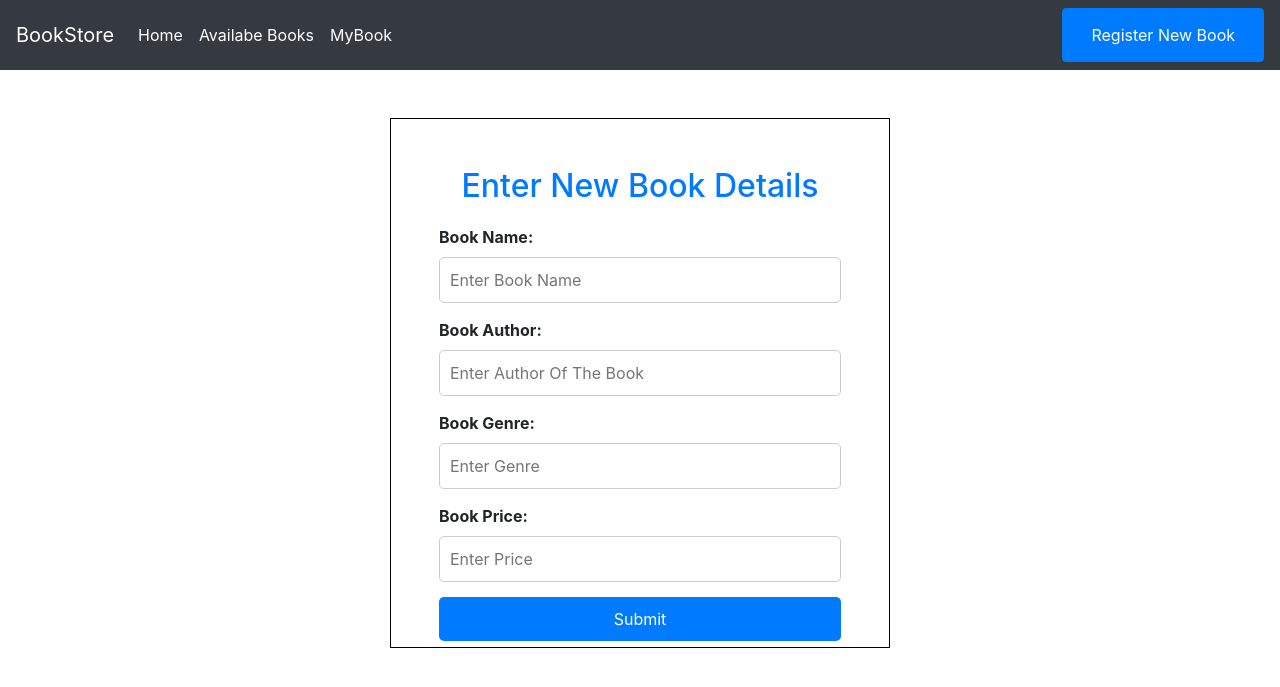
Repository: Sumanta-Sahoo/BookStoreApp
Page: bookstore/src/main/resources/static/bookRegister.html
The author's editor kept a copy of each file at every save. The page is drawn from the files as they stood at one save, then again after the next save.
The browser window is 1280 px wide. The pictures show the whole page.

Above is the page before, as saved 2024-03-15 12:17:29.

### bookstore/src/main/resources/static/bookRegister.html
<!doctype html>
<html lang="en">

<head>
	<!-- Required meta tags -->
	<meta charset="utf-8">
	<meta name="viewport" content="width=device-width, initial-scale=1, shrink-to-fit=no">

	<!-- Bootstrap CSS -->
	<link rel="stylesheet" href="https://cdn.jsdelivr.net/npm/bootstrap@4.4.1/dist/css/bootstrap.min.css"
		integrity="sha384-Vkoo8x4CGsO3+Hhxv8T/Q5PaXtkKtu6ug5TOeNV6gBiFeWPGFN9MuhOf23Q9Ifjh" crossorigin="anonymous">

	<title>BookStore</title>
</head>

<body>
	<nav class="navbar navbar-expand-lg navbar-light bg-dark">
		<a class="navbar-brand text-white" href="#">BookStore</a>
		<button class="navbar-toggler" type="button" data-toggle="collapse" data-target="#navbarSupportedContent"
			aria-controls="navbarSupportedContent" aria-expanded="false" aria-label="Toggle navigation">
			<span class="navbar-toggler-icon"></span>
		</button>

		<div class="collapse navbar-collapse" id="navbarSupportedContent">
			<ul class="navbar-nav mr-auto">
				<li class="nav-item active">
					<a class="nav-link text-white" href="#">Home<span class="sr-only">(current)</span></a>
				</li>
				<li class="nav-item">
					<a class="nav-link text-white" href="availabe_books">Availabe Books</a>
				</li>
				<li class="nav-item">
					<a class="nav-link text-white" href="my_books">MyBook</a>
				</li>
			</ul>
			<div>
				<button type="button" class="btn btn-primary"><a class="nav-link text-white"
						href="bookRegister">Register New Book</a></button>
			</div>

		</div>
	</nav>

	<div class="container my-5 p-5" style="border:1px solid black; width: 500px; height:530px;">

		<h2 class="text-center" style="margin-bottom: 20px; color: #007bff;">Enter New Book Details</h2>

		<form>
			<div style="margin-bottom: 15px;">
				<label for="bookName" style="display: block; font-weight: bold;">Book Name:</label>
				<input type="text" id="bookName" name="bookName" placeholder="Enter Book Name"
					style="width: 100%; padding: 10px; font-size: 16px; border-radius: 5px; border: 1px solid #ccc; box-sizing: border-box;">
			</div>

			<div style="margin-bottom: 15px;">
				<label for="bookAuthor" style="display: block; font-weight: bold;">Book Author:</label>
				<input type="text" id="bookAuthor" name="bookAuthor"  placeholder="Enter Author Of The Book"
					style="width: 100%; padding: 10px; font-size: 16px; border-radius: 5px; border: 1px solid #ccc; box-sizing: border-box;">
			</div>

			<div style="margin-bottom: 15px;">
				<label for="bookGenre" style="display: block; font-weight: bold;">Book Genre:</label>
				<input type="text" id="bookGenre" name="bookGenre"placeholder="Enter Genre"
					style="width: 100%; padding: 10px; font-size: 16px; border-radius: 5px; border: 1px solid #ccc; box-sizing: border-box;">
			</div>

			<div style="margin-bottom: 15px;">
				<label for="bookPrice" style="display: block; font-weight: bold;">Book Price:</label>
				<input type="text" id="bookPrice" name="bookPrice" placeholder="Enter Price"
					style="width: 100%; padding: 10px; font-size: 16px; border-radius: 5px; border: 1px solid #ccc; box-sizing: border-box;">
			</div>

			<button type="submit"
				style="display: block; width: 100%; padding: 10px; font-size: 16px; border: none; border-radius: 5px; background-color: #007bff; color: #fff; cursor: pointer; transition: background-color 0.3s;">
				Submit
			</button>
		</form>
	</div>
	<!--
	<form>
		<div class="form-group">
			<label for="exampleInputEmail1">Email address</label>
			<input type="email" class="form-control" id="exampleInputEmail1" aria-describedby="emailHelp"
				placeholder="Enter email">
			<small id="emailHelp" class="form-text text-muted">We'll never share your email with anyone else.</small>
		</div>
		<div class="form-group">
			<label for="exampleInputPassword1">Password</label>
			<input type="password" class="form-control" id="exampleInputPassword1" placeholder="Password">
		</div>
		<div class="form-check">
			<input type="checkbox" class="form-check-input" id="exampleCheck1">
			<label class="form-check-label" for="exampleCheck1">Check me out</label>
		</div>
		<button type="submit" class="btn btn-primary">Submit</button>
	</form> -->

	<!-- Optional JavaScript -->
	<!-- jQuery first, then Popper.js, then Bootstrap JS -->
	<script src="https://code.jquery.com/jquery-3.4.1.slim.min.js"
		integrity="sha384-J6qa4849blE2+poT4WnyKhv5vZF5SrPo0iEjwBvKU7imGFAV0wwj1yYfoRSJoZ+n"
		crossorigin="anonymous"></script>
	<script src="https://cdn.jsdelivr.net/npm/popper.js@1.16.0/dist/umd/popper.min.js"
		integrity="sha384-Q6E9RHvbIyZFJoft+2mJbHaEWldlvI9IOYy5n3zV9zzTtmI3UksdQRVvoxMfooAo"
		crossorigin="anonymous"></script>
	<script src="https://cdn.jsdelivr.net/npm/bootstrap@4.4.1/dist/js/bootstrap.min.js"
		integrity="sha384-wfSDF2E50Y2D1uUdj0O3uMBJnjuUD4Ih7YwaYd1iqfktj0Uod8GCExl3Og8ifwB6"
		crossorigin="anonymous"></script>
</body>

</html>

After the next save:
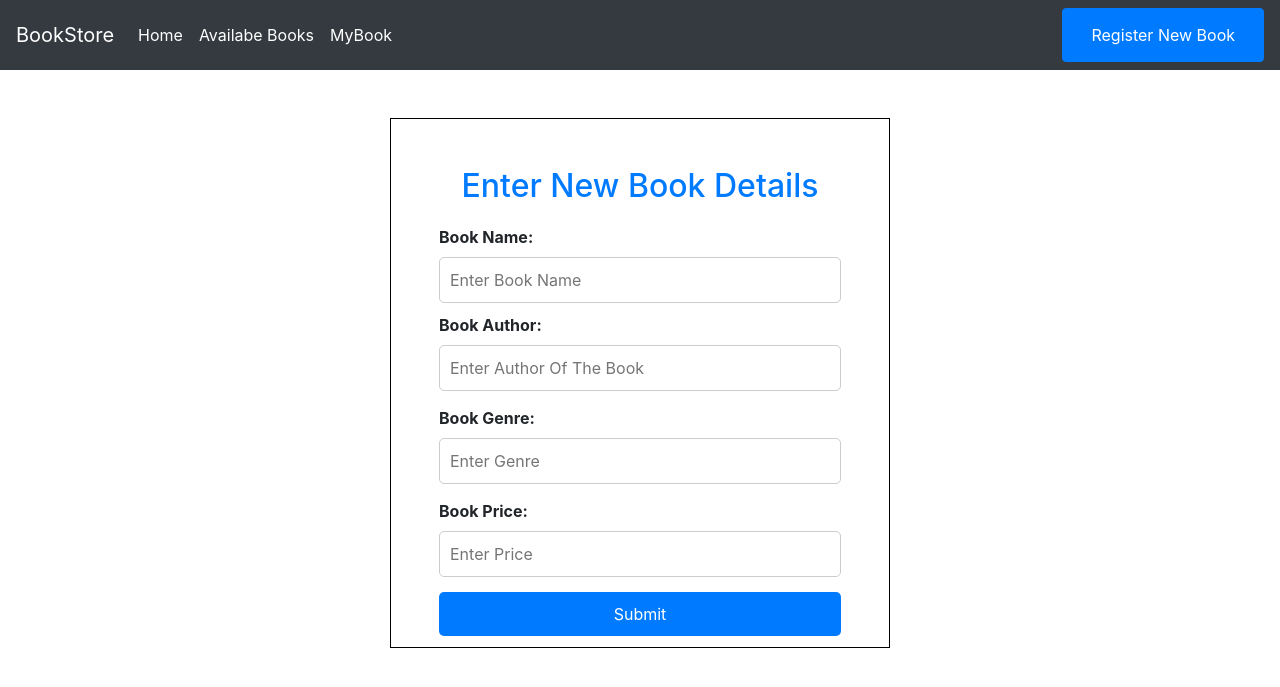
Saved 43 s later.
--- a/bookstore/src/main/resources/static/bookRegister.html
+++ b/bookstore/src/main/resources/static/bookRegister.html
@@ -46,7 +46,7 @@
 		<h2 class="text-center" style="margin-bottom: 20px; color: #007bff;">Enter New Book Details</h2>
 
 		<form>
-			<div style="margin-bottom: 15px;">
+			<div style="margin-bottom: 10px;">
 				<label for="bookName" style="display: block; font-weight: bold;">Book Name:</label>
 				<input type="text" id="bookName" name="bookName" placeholder="Enter Book Name"
 					style="width: 100%; padding: 10px; font-size: 16px; border-radius: 5px; border: 1px solid #ccc; box-sizing: border-box;">
